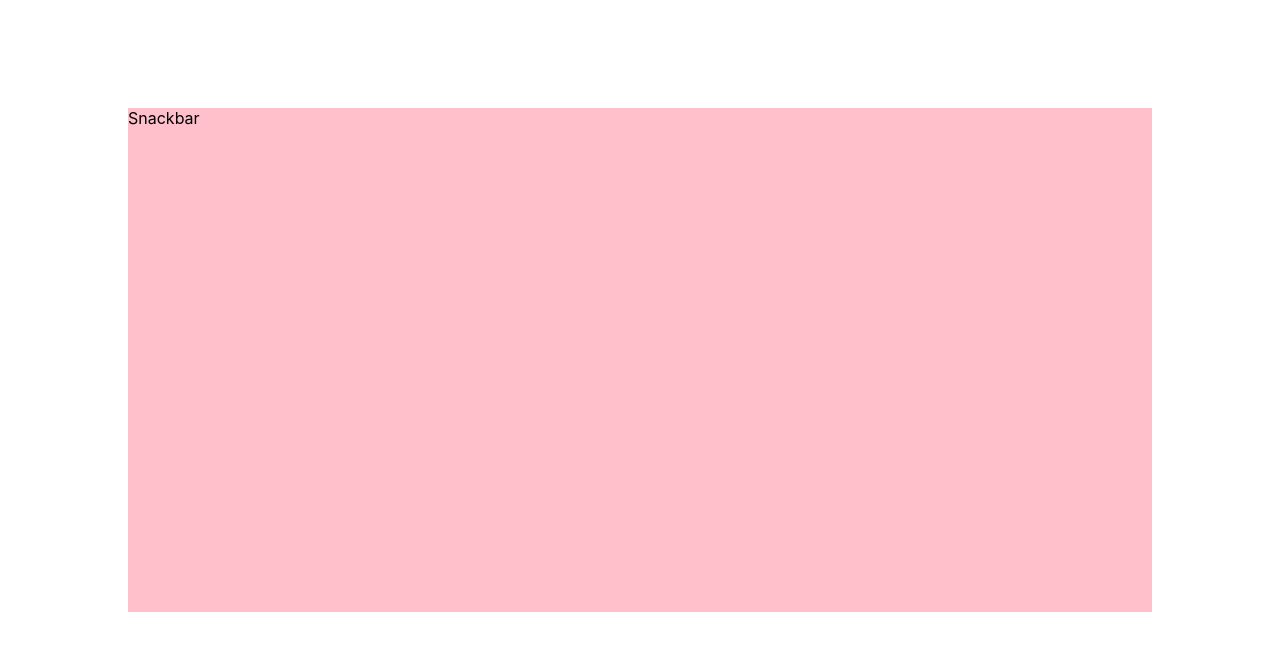
Repository: KrzysKolo/sr_tydzien5_zad2
Page: /
These files come from the project's save history. The page is drawn as it stood at one moment and after the next save; the edit follows.
The browser window is 1280 px wide. The pictures show the whole page.
The project was rebuilt for these pictures with package versions that can differ from the ones it lists, and the page was loaded fresh each time.

Above is the page before, as saved 2020-12-21 15:49:31.

After the next save:
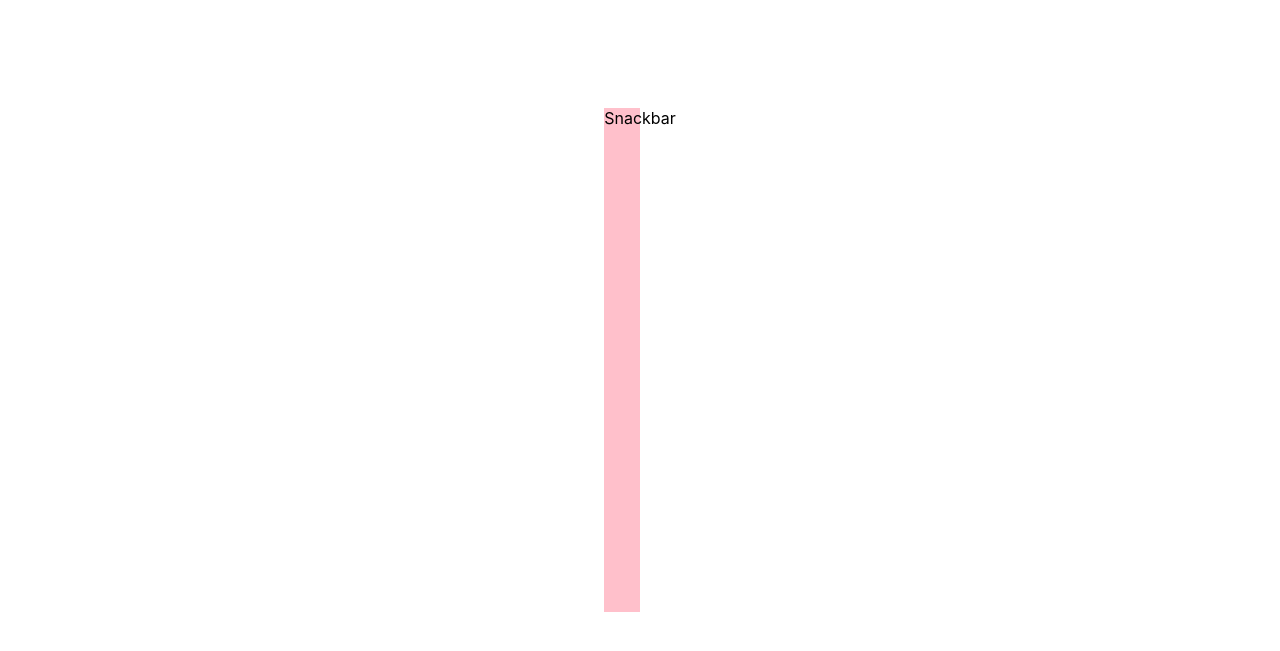
Saved 37 s later.
--- a/src/App.css
+++ b/src/App.css
@@ -12,7 +12,8 @@ body {
   align-items: center;
 }
 .wrapper--btn {
-  width: 80vw;
+  width: 50%;
+  max-width: 900px;
   height: 70vh;
   background: pink;
 }
